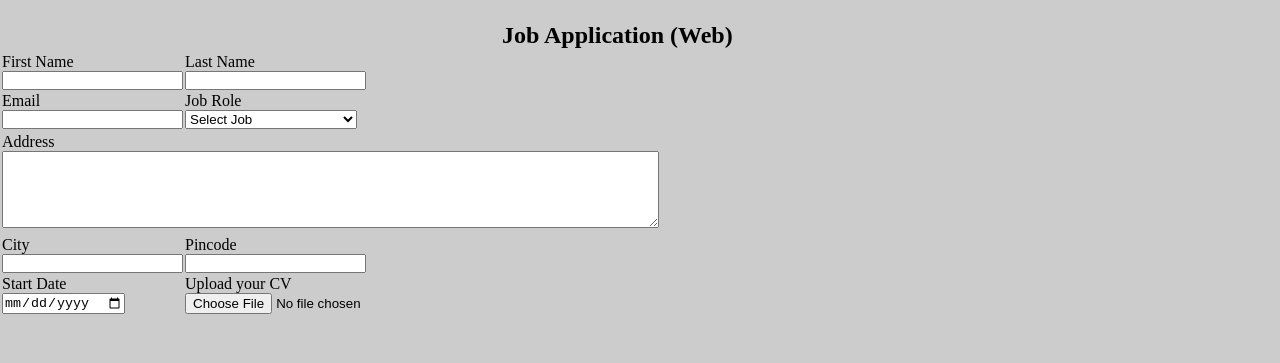
Repository: diensy/JOB-APPLICATION
Page: index.html
The author's editor kept a copy of each file at every save. The page is drawn from the files as they stood at one save, then again after the next save.
The browser window is 1280 px wide. The pictures show the whole page.

Above is the page before, as saved 2024-02-27 01:13:25.

After the next save:
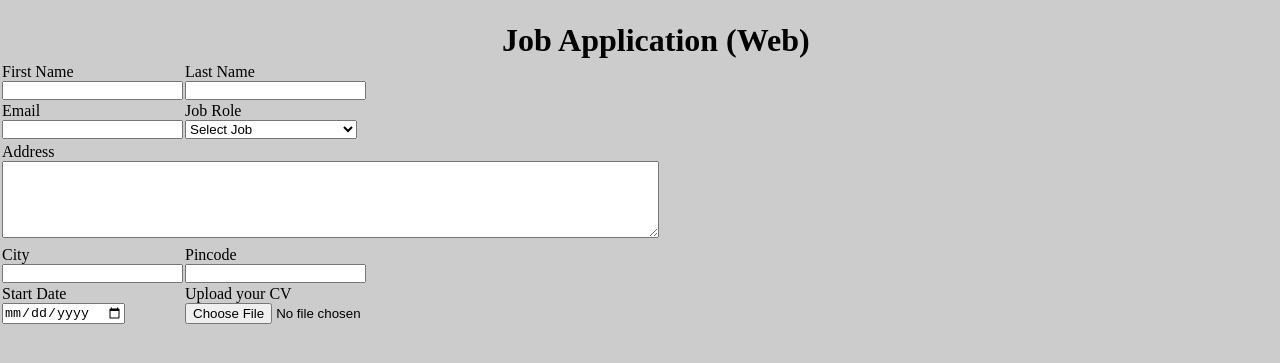
Saved 19 s later.
--- a/index.html
+++ b/index.html
@@ -12,9 +12,9 @@
         <table>
           <tr>
             <td>
-              <h2 class="head">
+              <h1 class="head">
                 Job Application <span class="web">(Web)</span>
-              </h2>
+              </h1>
             </td>
           </tr>
         </table>
